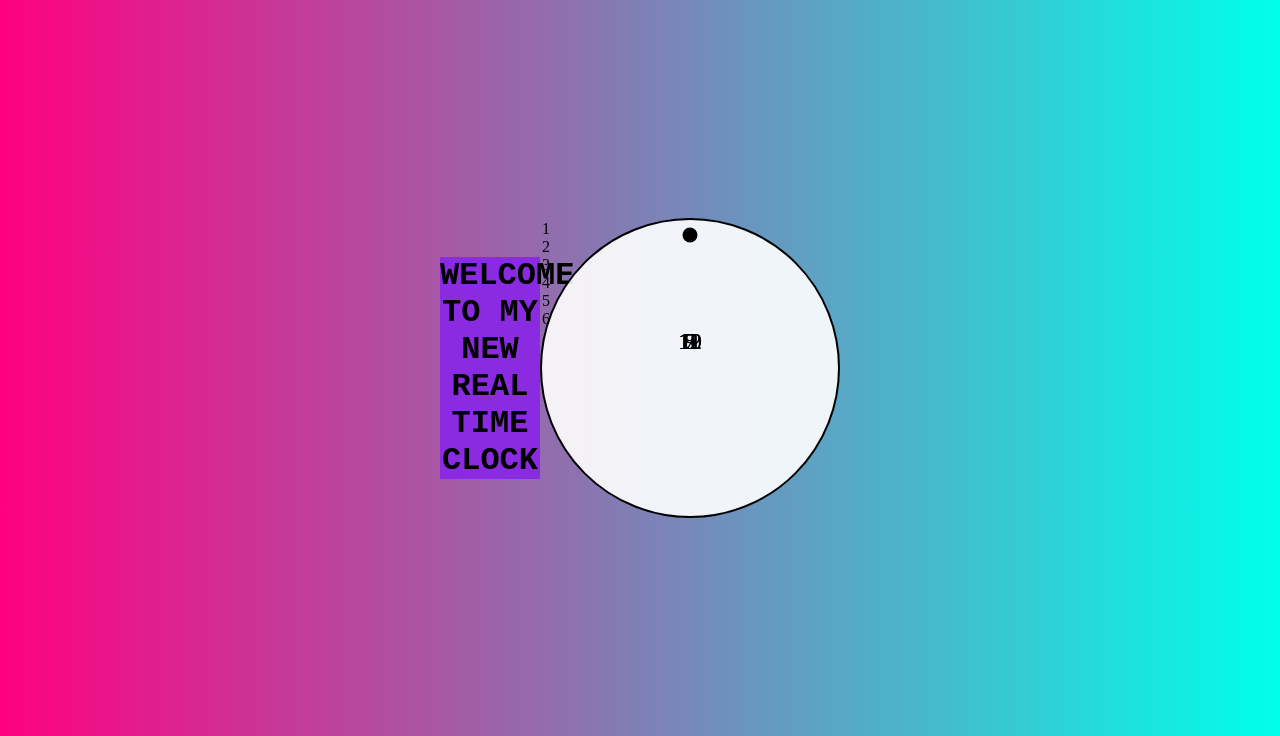
Repository: mirambialex/watch
Page: clock.html
An editor plug-in stored every save of this project. The page is shown before and after the next save, followed by the edit.
The browser window is 1280 px wide. The pictures show the whole page.

Above is the page before, as saved 2024-04-30 11:12:11.
Console error: SyntaxError: Unexpected token '<'

### clock.html
<!DOCTYPE html>
<html lang="en">
<head>
    <meta charset="UTF-8">
    <meta name="viewport" content="width=device-width, initial-scale=1.0">
    <link rel="stylesheet" href="clock.css">
    <script defer src="clock.js"></script>
    <title>clock</title>
</head>
<h1> <div class="header">WELCOME TO MY NEW REAL TIME CLOCK</div></h1>
<body>
    <div class="clock">
        <div class="hour hand" data-hour-hand></div>
        <div class="minute hand" data-minute-hand></div>
        <div class="second hand" data-second-hand></div>
        <div class="number number1">1</div>
        <div class="number number2">2</div>
        <div class="number number3">3</div>
        <div class="number number4">4</div>
        <div class="number number5">5</div>
        <div class="number numberR6">6</div>
        <div class="NUMBER NUMBER7">7</div>
        <div class="NUMBER NUMBER8">8</div>
        <div class="NUMBER NUMBER9">9</div>
        <div class="NUMBER NUMBER10">10</div>
        <div class="NUMBER NUMBER11">11</div>
        <div class="NUMBER NUMBER12">12</div>

    </div>
</body>
</html>

### clock.css
*, *::after, *::before {
    box-sizing: border-box;
    font-family: 'Times New Roman', Times, serif;

}
body{
    background: linear-gradient(to right,rgb(255,0,128),hsl(175,100%,50%));
    display: flex;
    justify-content: center;
    align-items: center;
    min-height: 100vh;
    overflow: hidden;

}
.clock{
    width: 300px;
    height: 300px;
    background-color: rgb(255,255,255,.9);
    border-radius: 50%;
    border: 2px solid black;
    position: relative;
}
.clock .NUMBER{
    --rotation: 0;
    position: absolute;
    width: 100%;
    height: 100%;
    text-align: center;
    transform: rotate(var(--rotation));
    font-size: 1.5rem;

    .clock .number number1{--rotation:30deg}
    .clock .number number2{--rotation:60deg}
    .clock .NUMBER3{--rotation:90deg}
    .clock .NUMBER4{--rotation:120deg}
    .clock .NUMBER5{--rotation:150deg}
    .clock .NUMBER6{--rotation:180deg}
    .clock .NUMBER7{--rotation:210deg}
    .clock .NUMBER8{--rotation:240deg}
    .clock .NUMBER9{--rotation:270deg}
    .clock .NUMBER10{--rotation:300deg}
    .clock .NUMBER11{--rotation:330deg}

}
.clock.hand{
    --rotation: 0;
    position:absolute;
    bottom: 50%;
    left: 50%;
    background-color: black;
    border: 1px solid rgb(136,99,224);
    border-top-left-radius: 10px;
    border-top-right-radius: 10px;
    transform-origin: bottom;
    z-index:10;
    transform: translateX(-50%)rotation(calc(var--rotation)*1deg));

}
.clock::after{
    content:" ";
    position: absolute;
    background-color: black;
    z-index: 11;
    width: 15px;
    height: 15px;
    top:5%;
    left: 50%;
    transform: translate(-50%, -50%);
    border-radius: 50%;

}
.clock.hand.second{
    width: 3px;
    height: 45%;
    background-color: rgb(221,65,198);
}
.clock.hand.minute{
    width: 7px;
    height: 40%;
    border-color: rgb(69,19,187);

}
.clock.hand.hour{
    width: 10px;
    height: 35%;
    background-color: rgb(166,209,9);
}
.header{
    font-family: 'Courier New', Courier, monospace;
    text-align: center;
    text-transform: capitalize;
    width: 100px;
    background-color: blueviolet;
    position: top;
}
.hour hand,
.minute hand.
.second hand{
position: absolute;
top: 50%;
left: 50%;
height: 5px;
width: 40%;
background-color: gray;
}

### clock.js
<script>
        setInterval(setClock,1000)
        const hourHand= document.querySelector ("[data-hour-hand]")
        const minuteHand = document.querySelector ("[data-minute-hand]")
        const secondHand = document.querySelector ("[data-second-hand]")

        function setCLASS() {
            const currentDate=new Date()
            const secondRatio =currentDate.getSeconds() / 60
            const minutesRatio =(secondRatio+currentDate.getMinutes())/
            const hoursRatio=(minutesRatio+currentDate.gethours())/
            setRotatio(secondHand,secondsRatio)
            setRotatio(minuteHand,minuteRatio)
            setRotatio(hourHand,hoursRatio)
        }
        function setRotatio(element,rotationRatio)
        {
        Element.style.setProperty("--rotation",rotationRatio*360)
        }
        setClock()
</script>

After the next save:
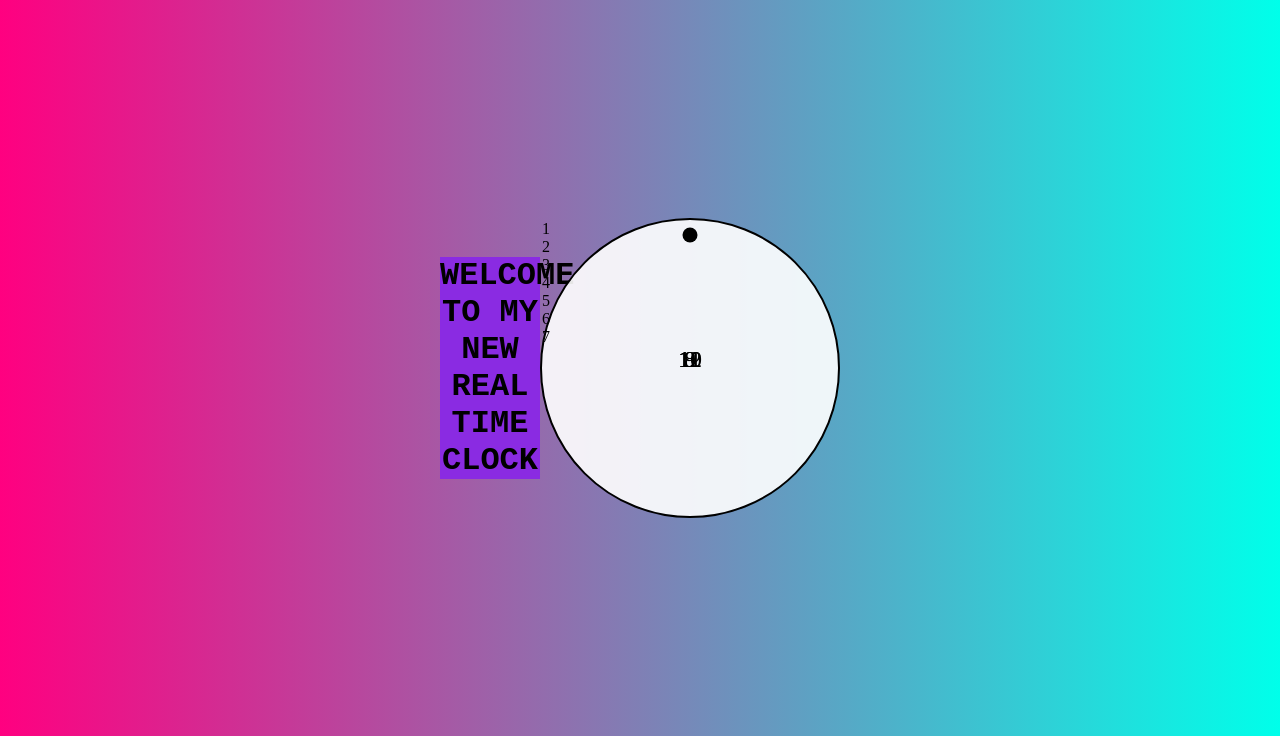
Saved 10 s later.
--- a/clock.html
+++ b/clock.html
@@ -19,7 +19,7 @@
         <div class="number number4">4</div>
         <div class="number number5">5</div>
         <div class="number numberR6">6</div>
-        <div class="NUMBER NUMBER7">7</div>
+        <div class="number number7">7</div>
         <div class="NUMBER NUMBER8">8</div>
         <div class="NUMBER NUMBER9">9</div>
         <div class="NUMBER NUMBER10">10</div>
